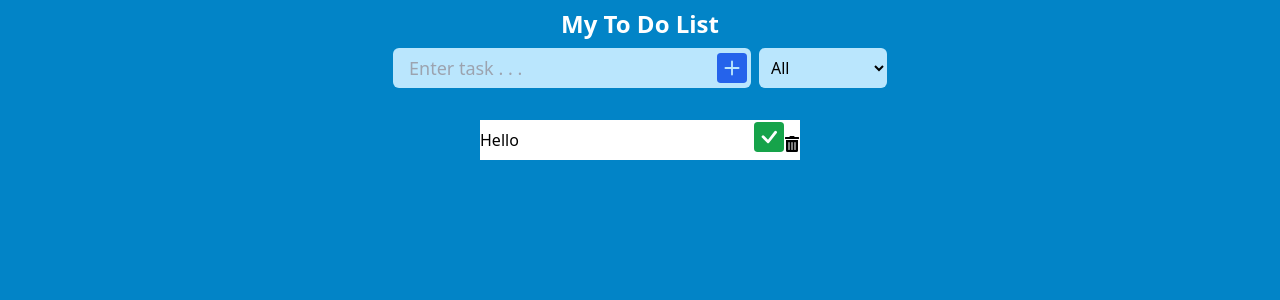
Repository: SaadYasin/react-to-do-list
Page: /
These files come from the project's save history. The page is drawn as it stood at one moment and after a run of saves; the edit follows.
The browser window is 1280 px wide. The pictures show the whole page.
The project was rebuilt for these pictures with package versions that can differ from the ones it lists, and the page was loaded fresh each time. Also part of the build but not shown: src/App.css.

Above is the page before, as saved 2022-11-10 22:59:28.

After the next 2 saves:
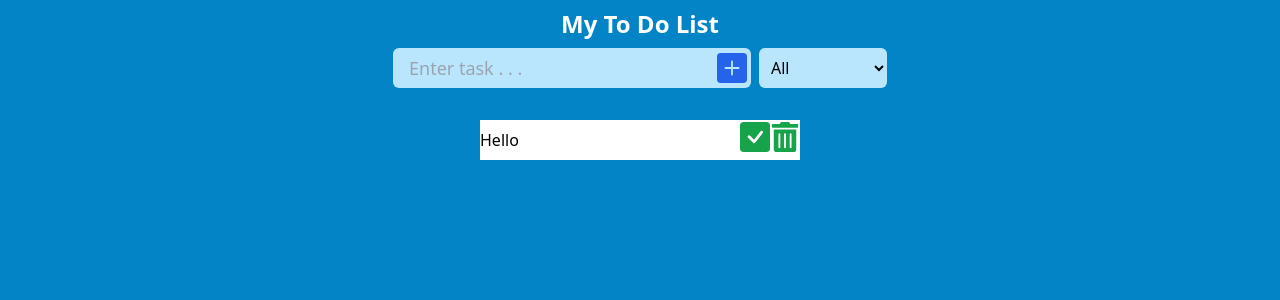
The 2 saves are shown as one change because they came seconds apart.
The last was saved 42 s later.
--- a/src/components/Todo.js
+++ b/src/components/Todo.js
@@ -7,10 +7,12 @@ const Todo = () => {
       <li>Hello</li>
 
       <div className="">
-      <button className='text-green-600 text-3xl'>
-        <BsCheckSquareFill />
-      </button>
-      <button><FaTrashAlt /></button>
+        <button className="text-green-600 text-3xl">
+          <BsCheckSquareFill />
+        </button>
+        <button className="text-green-600 text-3xl">
+          <FaTrashAlt />
+        </button>
       </div>
     </div>
   );
